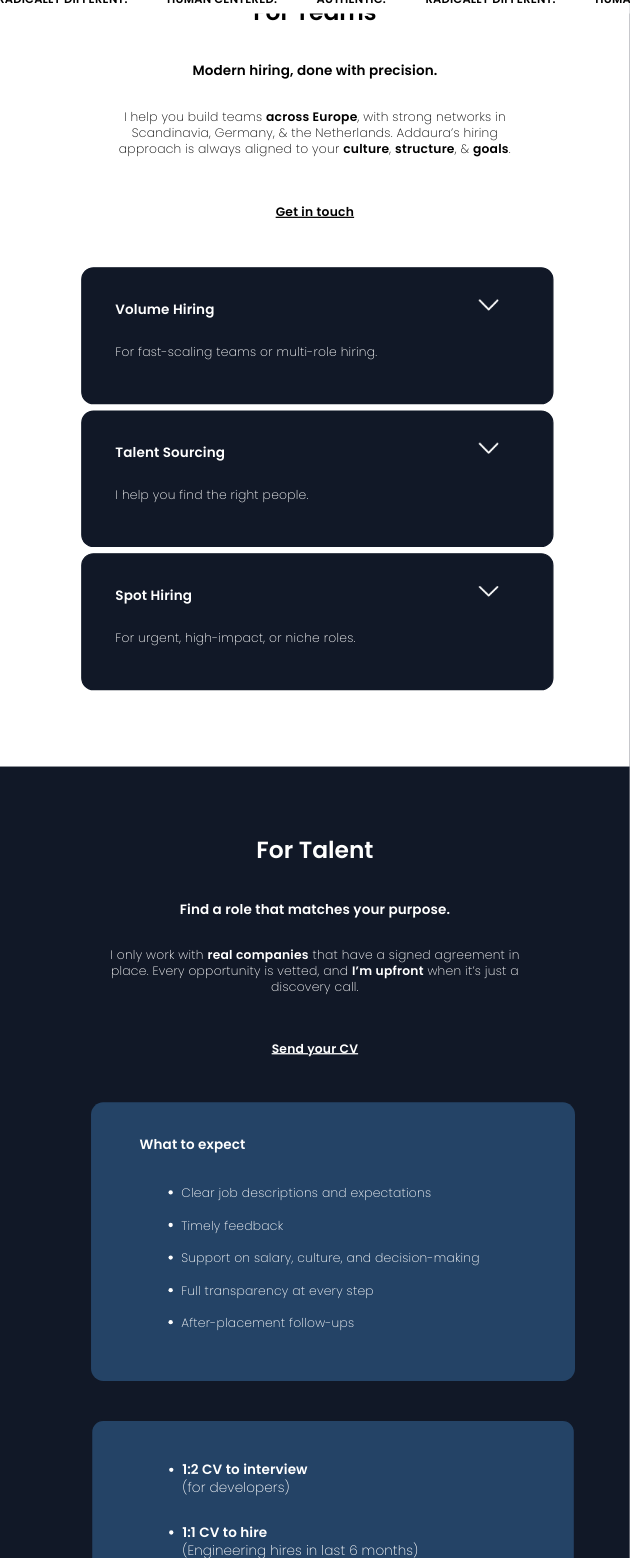
Repository: UnatPannu/Addaura-Trial
Page: public/services.html
An editor plug-in stored every save of this project. The page is shown before and after the next save, followed by the edit.
The browser window is 768 px wide. The pictures show the part of the page from y = 820 to 2720 px (the page is 4877 px tall before and 5338 px after), at 82% of full size.
Backgrounds fixed to the window are drawn as part of the page.

Above is the page before, as saved 2025-09-22 19:26:20.

After the next save:
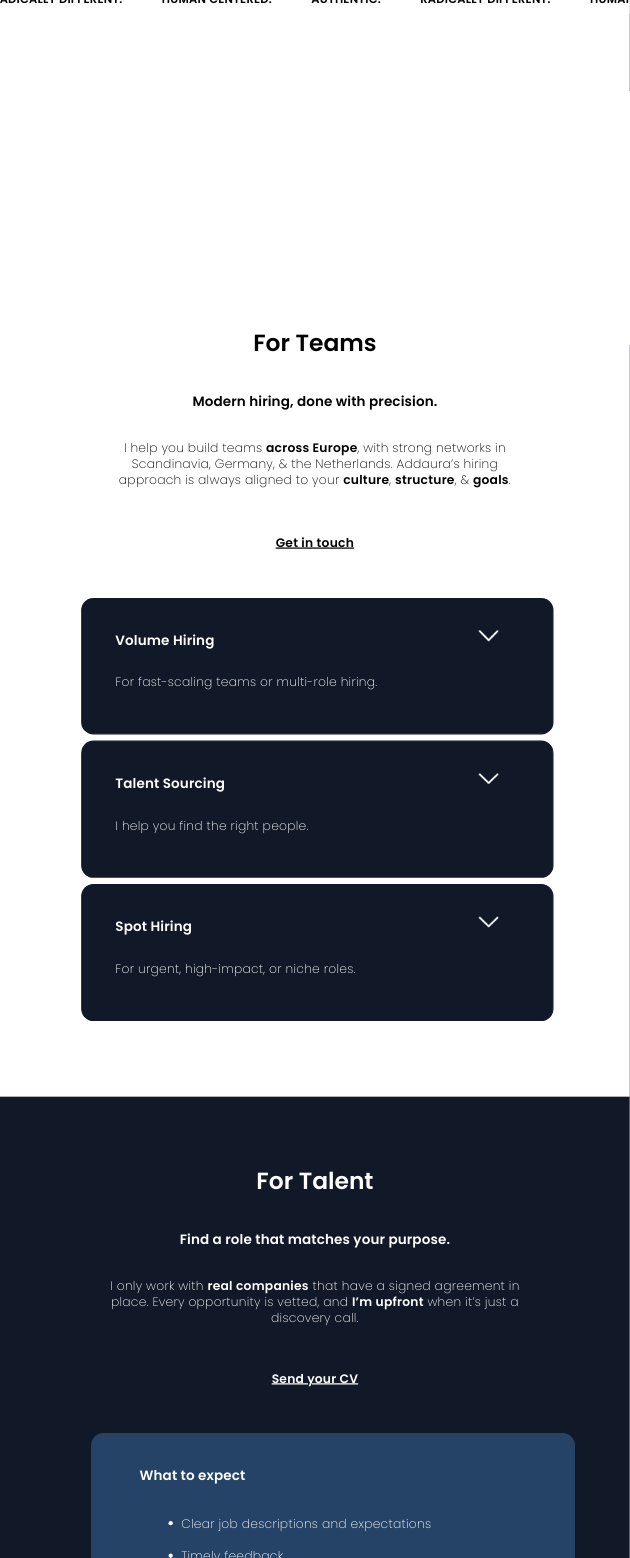
Saved 7 s later.
--- a/public/styles/services.css
+++ b/public/styles/services.css
@@ -360,9 +360,7 @@
     padding-block:15%;
     margin-top:20%;
   }
-  #teams-content{
-    margin-top:-60%;
-  }
+
   .roles-container{
     display:flex;
     flex-direction:column;
